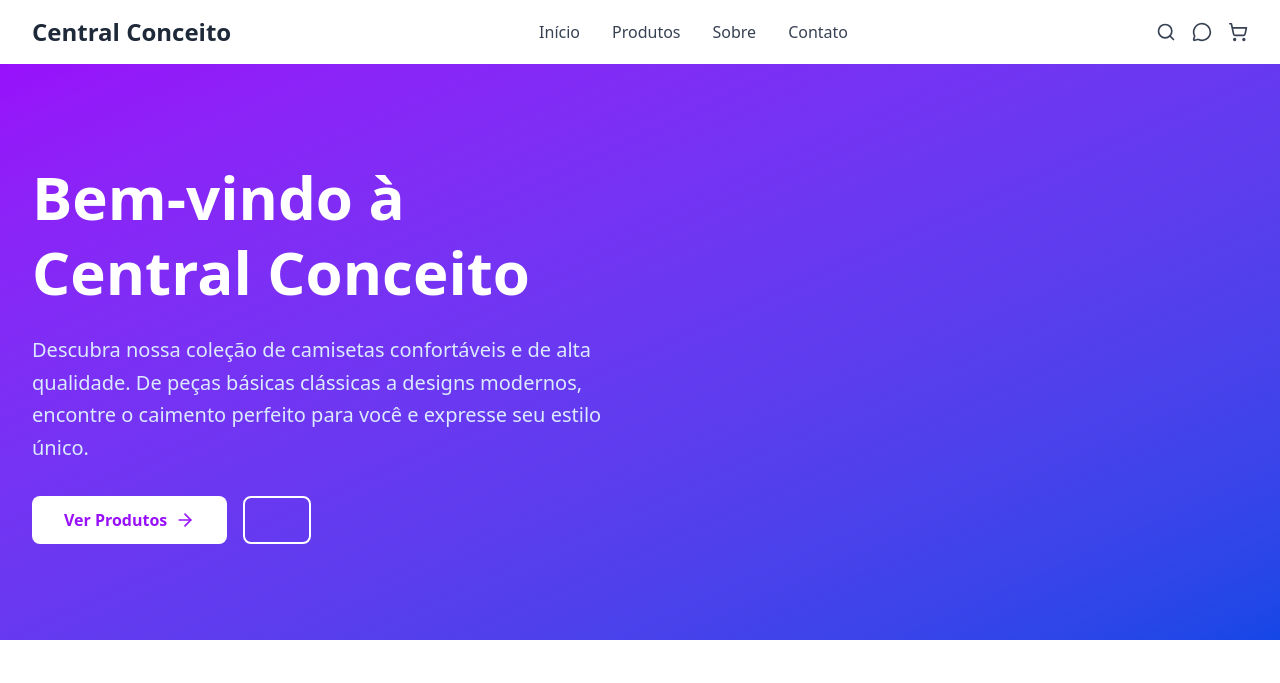
Repository: estevam02009/jh-softwares
Page: /
An editor plug-in stored every save of this project. The page is shown before and after the next save, followed by the edit.
The browser window is 1280 px wide. The pictures show the whole page.
The project was rebuilt for these pictures with package versions that can differ from the ones it lists, and the page was loaded fresh each time. Also part of the build but not shown: vite.config.ts.

Above is the page before, as saved 2025-08-03 09:32:08.

After the next save:
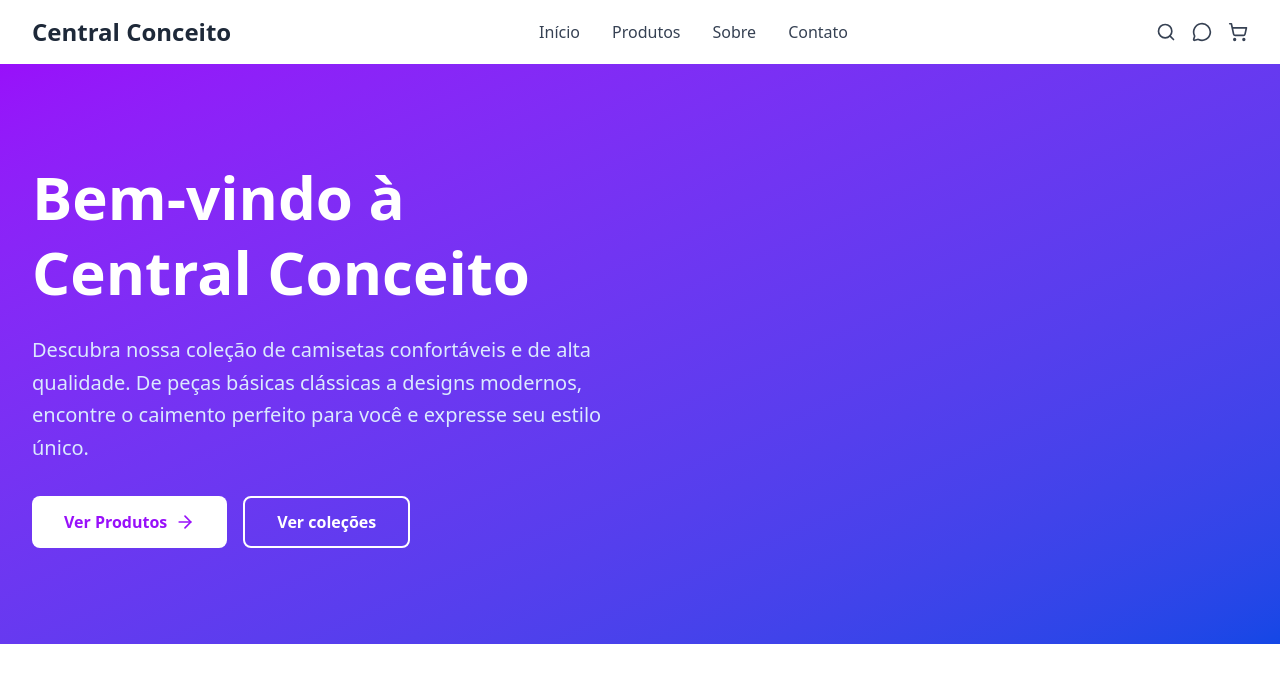
Saved 12 s later.
--- a/src/components/Hero.tsx
+++ b/src/components/Hero.tsx
@@ -30,7 +30,9 @@
                             </button>
                             <button
                                 className="border-2 border-white text-white px-8 py-3 rounded-lg font-semibold hover:bg-white hover:text-purple-600 transition-colors"
-                            ></button>
+                            >
+                                Ver coleções
+                            </button>
                         </div>
                     </div>
                 </div>
